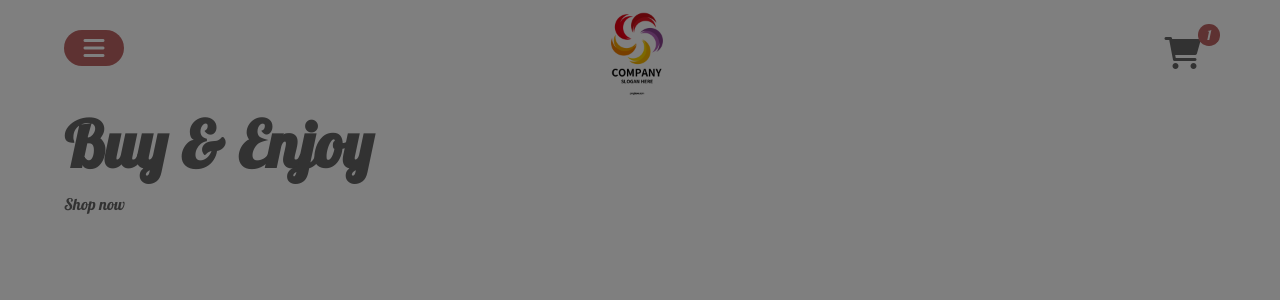
Repository: tetlisna/myprojectJS2
Page: index.html
The author's editor kept a copy of each file at every save. The page is drawn from the files as they stood at one save, then again after the next save.
The browser window is 1280 px wide. The pictures show the whole page.
Some web fonts or font styles are not loaded; a fallback is used.

Above is the page before, as saved 2022-09-04 21:32:27.

After the next save:
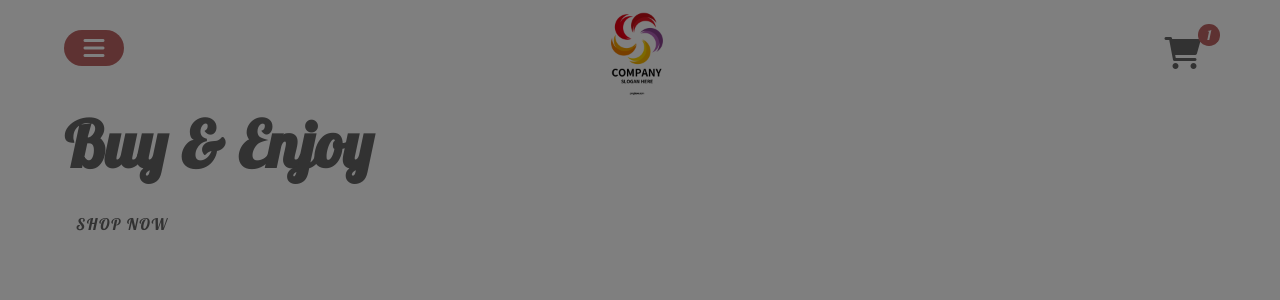
Saved 2 min 28 s later.
--- a/css/style.css
+++ b/css/style.css
@@ -78,6 +78,15 @@
 }
 .main-btn {
     color: var(--dark-grey);
+    background: transparent;
+  border: 1px solid var(--clr-white);
+  padding: 0.5rem 0.75rem;
+  display: inline-block;
+  margin-top: 0.75rem;
+  text-transform: uppercase;
+  letter-spacing: var(--spacing);
+  border-radius: var(--radius);
+  transition: var(--transition);
 }
 .main-btn:hover {
     color: var(--grey-red);
